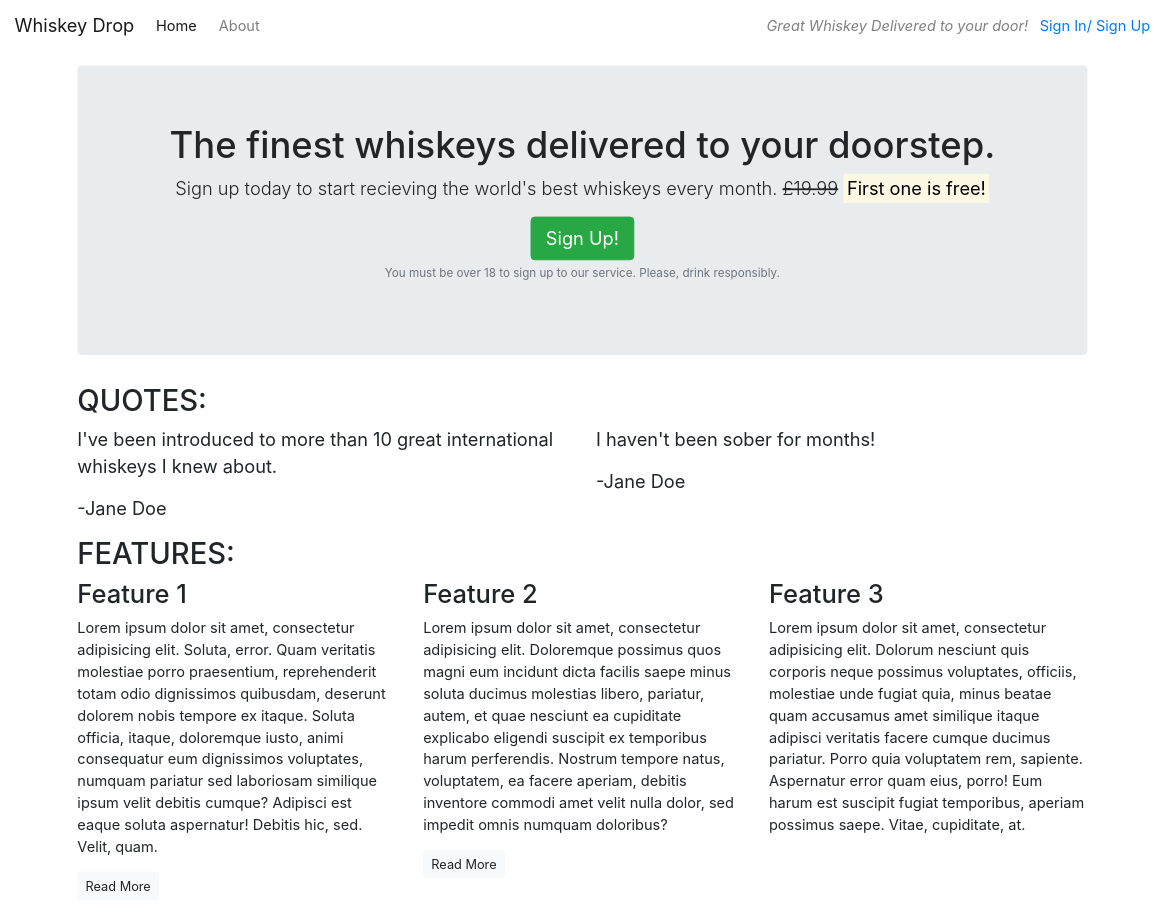
Repository: Leannald13/whiskey-project
Page: index.html
The author's editor kept a record of every edit. The page is drawn from the files as they stood at one moment, then again after the next edit.
The browser window is 1280 px wide. The pictures show the whole page, at 91% of full size.

Above is the page before.
Console error: TypeError: Cannot read properties of undefined (reading 'fn')

After the next edit:
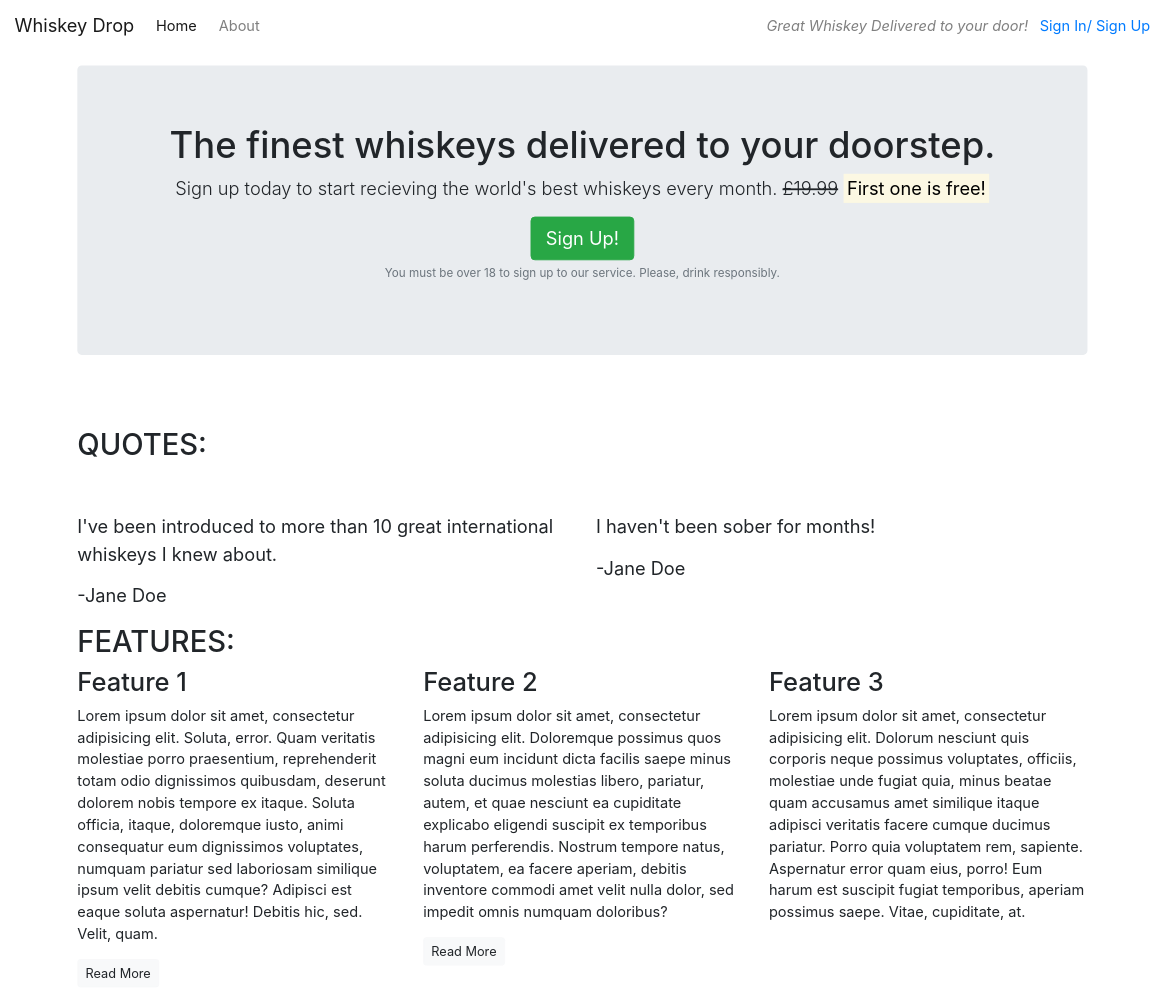
The edit:
--- a/index.html
+++ b/index.html
@@ -39,7 +39,7 @@
         </div>
         <section class="quotes">
             <div class="row">
-                <div class="col-12">
+                <div class="col-12 my-5">
                     <h2 class="text-uppercase">Quotes:</h2>
                 </div>
             </div>
